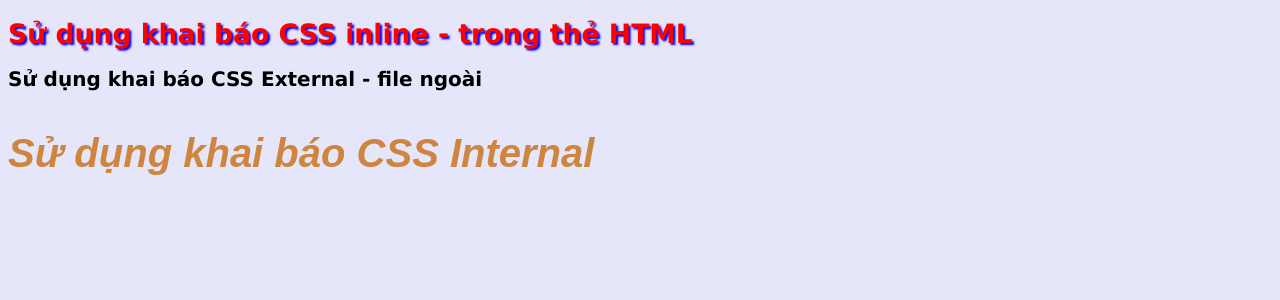
Repository: Pr-DuyTam/HTML-CSS-JS-PHP
Page: CSS/Bài Tập CSS/Bai1.html
An editor plug-in stored every save of this project. The page is shown before and after the next save, followed by the edit.
The browser window is 1280 px wide. The pictures show the whole page.

Above is the page before, as saved 2023-08-03 08:43:54.

### CSS/Bài Tập CSS/Bai1.html
<!DOCTYPE html>
<html lang="en">
<head>
    <meta charset="UTF-8">
    <meta name="viewport" content="width=device-width, initial-scale=1.0">
    <title>Bài tập 1</title>
    <link rel="stylesheet" href="dinhdang.css" tyle="text/css">
    <style type="text/css">
        h1{
            color: red;
            text-shadow: 2px 2px 2px blue; /*Tạo bóng cho chữ*/
        }
        p{
            font-family: Arial, Helvetica, sans-serif; /*Phông chữ*/
            font-size: 40px; /*cỡ chữ*/
            font-style: italic; /*Chữ nghiêng*/
            font-weight: bold; /*Độ dày của chữ và giá trị in đậm*/
            color: peru;

        }
    </style>
</head>
<body>
    <h1 >
        Sử dụng khai báo CSS inline - trong thẻ HTML
    </h1>
    <h2>Sử dụng khai báo CSS External - file ngoài</h2>
    <p>Sử dụng khai báo CSS Internal</p>
</body>
</html>

### CSS/Bài Tập CSS/dinhdang.css
body{
    background-color: lavender;
    font-family: Verdana, Geneva, Tahoma, sans-serif;
    font-size: 10pt;

}

After the next save:
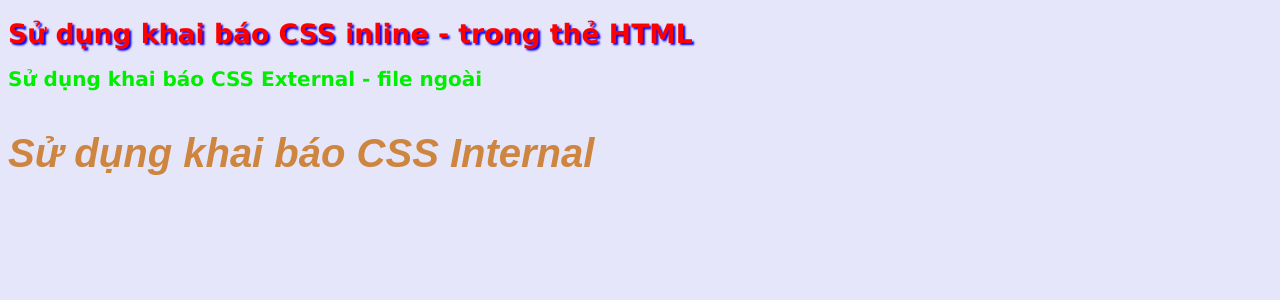
Saved 12 s later.
--- a/CSS/Bài Tập CSS/dinhdang.css
+++ b/CSS/Bài Tập CSS/dinhdang.css
@@ -2,5 +2,6 @@ body{
     background-color: lavender;
     font-family: Verdana, Geneva, Tahoma, sans-serif;
     font-size: 10pt;
+    color: #00ee00;
 
 }
